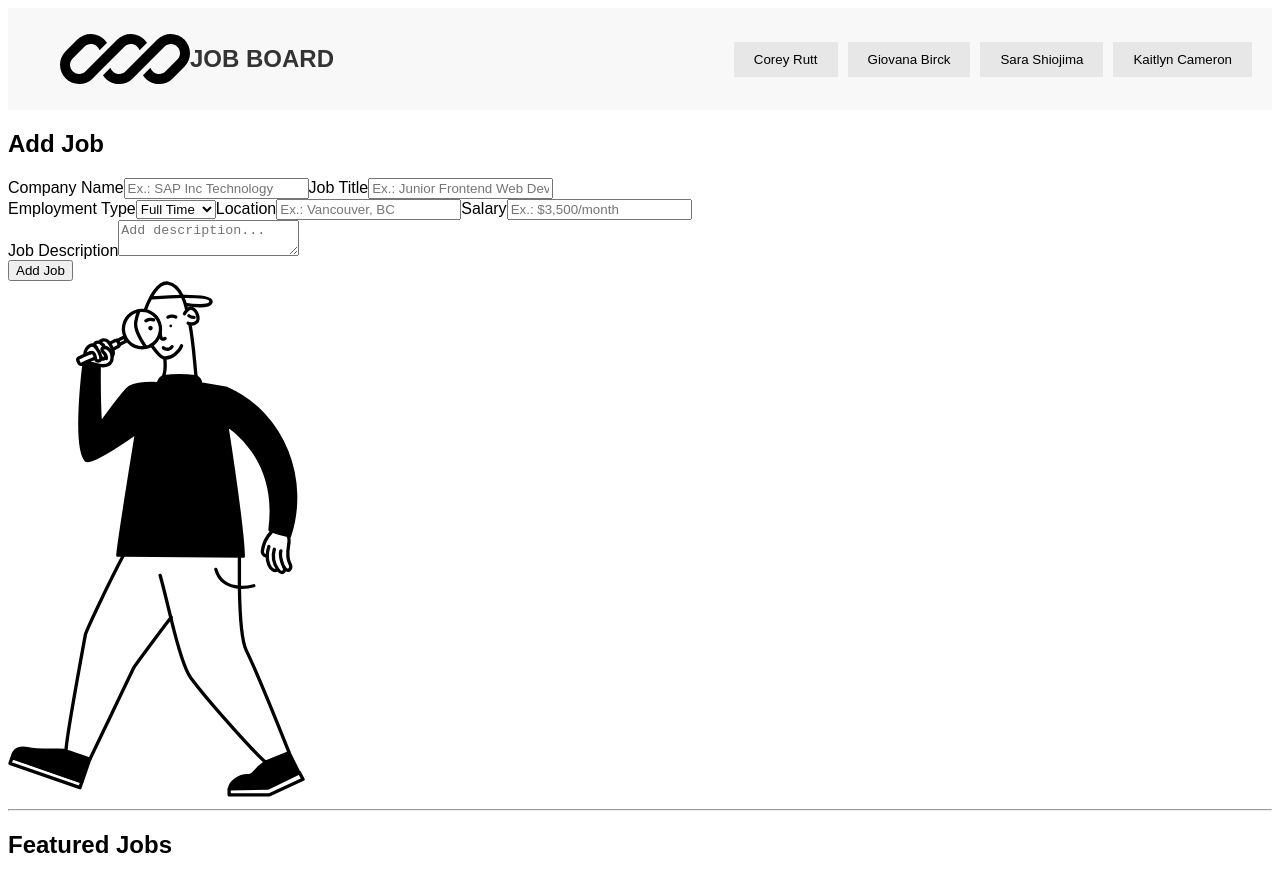
Repository: kcameron37/Final-Project-FrontEnd
Page: /
The author's editor kept a copy of each file at every save. The page is drawn from the files as they stood at one save, then again after the next save.
The browser window is 1280 px wide. The pictures show the whole page.
The project was rebuilt for these pictures with package versions that can differ from the ones it lists, and the page was loaded fresh each time. Also part of the build but not shown: src/components/addJob.module.css.

Above is the page before, as saved 2023-11-14 20:09:51.

After the next save:
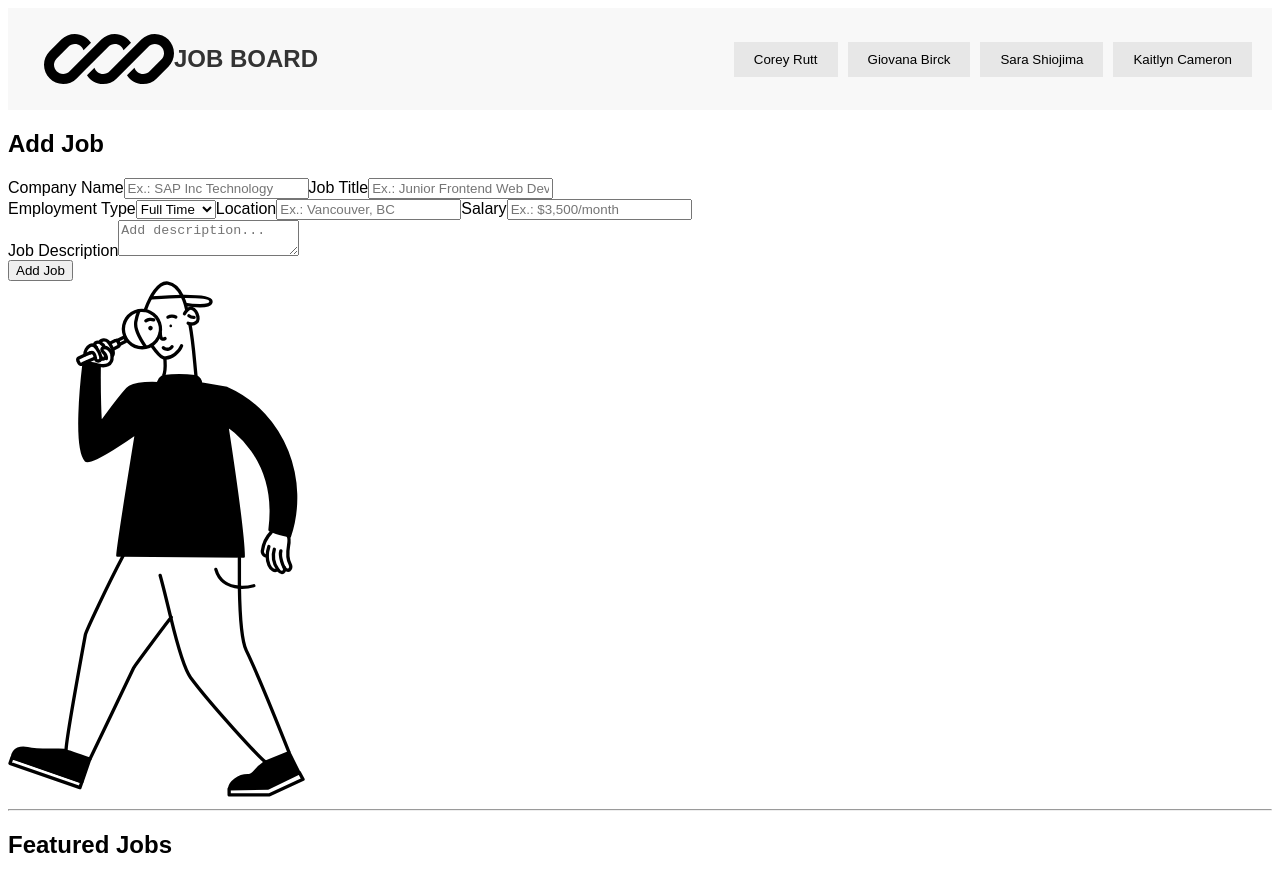
Saved 5 s later.
--- a/src/components/navBar.module.css
+++ b/src/components/navBar.module.css
@@ -33,6 +33,5 @@
 .logo{
   display: flex;
   align-items: center;
-  margin-left: 1em;
   padding: 1em;
 }

After the save that followed:
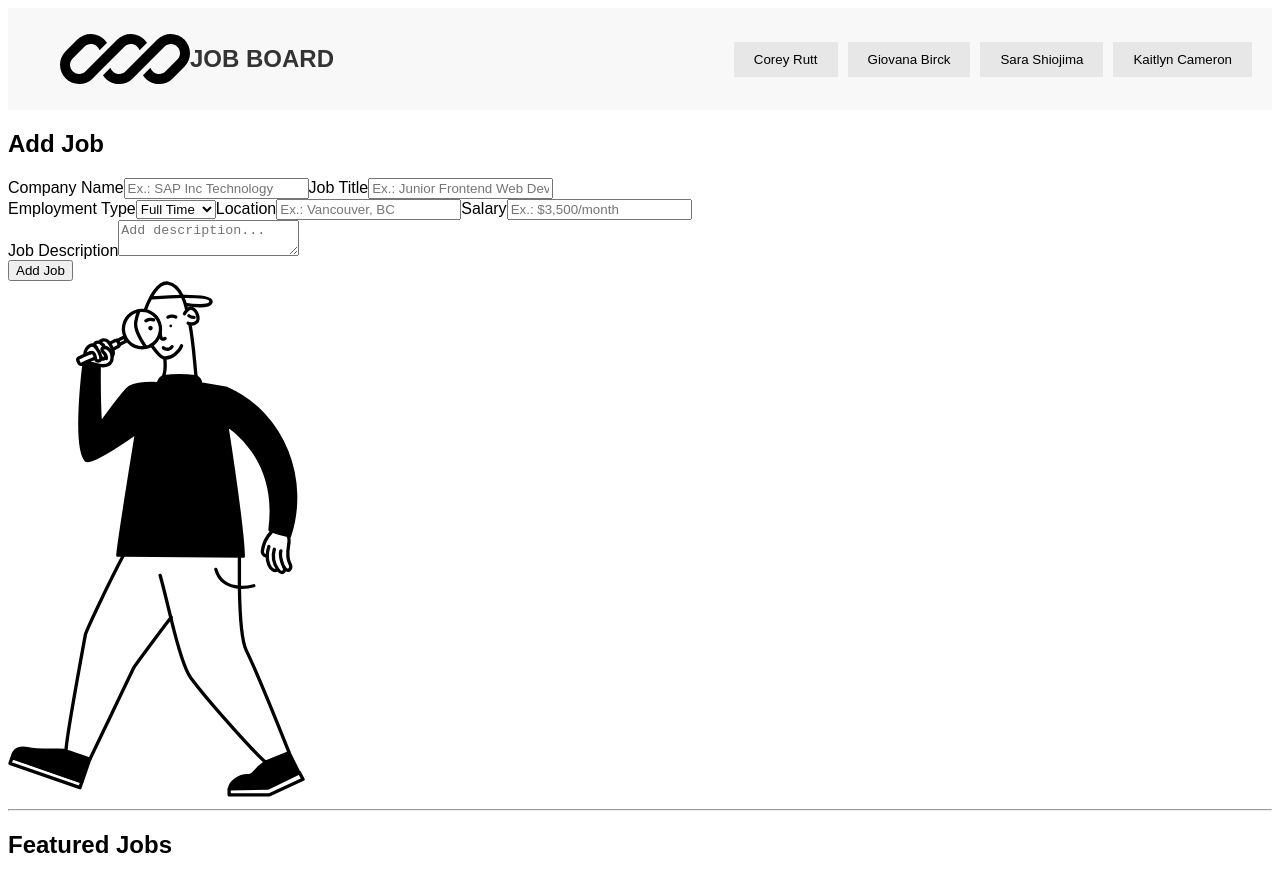
Saved 4 s later.
--- a/src/components/navBar.module.css
+++ b/src/components/navBar.module.css
@@ -33,5 +33,6 @@
 .logo{
   display: flex;
   align-items: center;
+  margin-left: 1em;
   padding: 1em;
 }
